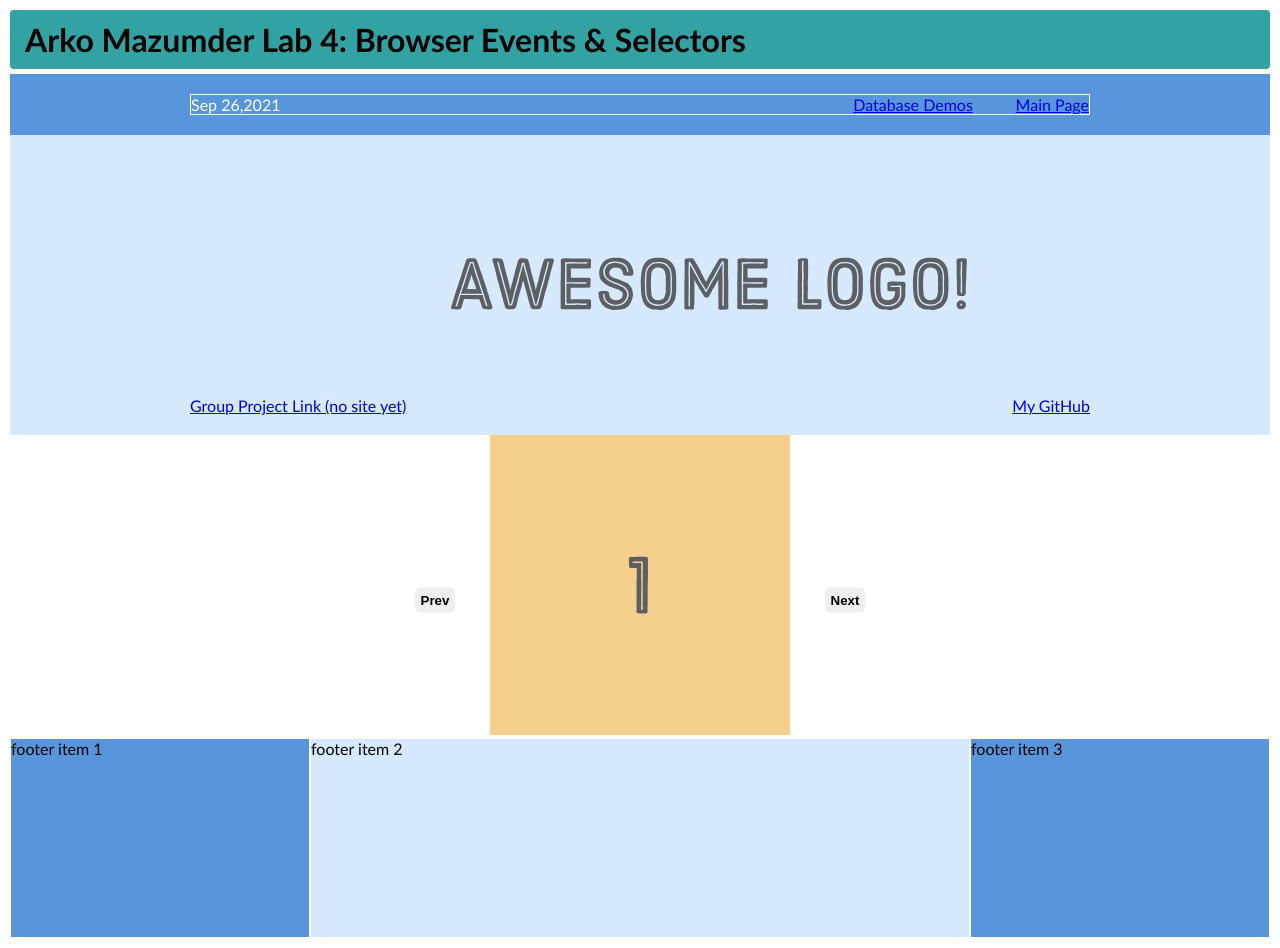
Repository: arkomz/INST377-Lab-Work
Page: client/lab_4/index.html
The author's editor kept a copy of each file at every save. The page is drawn from the files as they stood at one save, then again after the next save.
The browser window is 1280 px wide. The pictures show the whole page.

Above is the page before, as saved 2021-09-26 21:50:20.

### client/lab_4/index.html
<!DOCTYPE html>
<html lang='en'>
  <head>
    <meta charset='UTF-8'/>
    <meta name = 'viewport'
    content='width=device-width, initial-scale=1.0, maximum-scale=0.5' />
    <title>Arko Mazumder</title>
    <link rel='stylesheet' href='styles.css'/>
  </head>
  <body>

    <div class = 'wrapper'>
    <h1 class='title'> Arko Mazumder Lab 4: Browser Events & Selectors</h1>
    <div class='menu-container'>
      <div class='menu'>
        <div class='date'>Sep 26,2021</div>

        <div class='signup'> <a href = 'data.html'> Database Demos</a> </div>
        <div class='login'> <a href = 'index.html'> Main Page</a> </div>

      </div>
      </div>

      <div class='header-container'>
            <div class='header'>
            <div class='subscribe'> <a href =  "https://INST377Group4.com"> Group Project Link (no site yet)</a></div>
            <div class='logo'><img src='images/awesome-logo.svg'/></div>
            <div class='social'> <a href = "https://github.com/arkomz"> My GitHub </a> </div>
          </div>
        </div>

    <div class='photo-grid-container'>
              <div class='photo-grid'>
                <div class="carousel">
                <div class="carousel__item carousel__item--visible">
                    <img src='images/one.svg'/>
                  </div>
                <div class='carousel__item'>
                    <img src='images/two.svg'/>
                  </div>
                <div class='carousel__item'>
                    <img src='images/three.svg'/>
                  </div>
                <div class='carousel__item'>
                  <img src='images/four.svg'/>
                </div>
                <div class='carousel__item'>
                  <img src='images/five.svg'/>

                </div>
              </div>
            </div>


    <div class="carousel__actions">
        <button id="carousel__button--prev" aria-label="Previous slide">Prev</button>
        <button id="carousel__button--next" aria-label="Next slide">Next</button>
        </div>
    </div>



            <div class='footer'>
            <div class='footer-item Footer One footer-one'> footer item 1</div>
            <div class='footer-item footer-two'> footer item 2</div>
            <div class='footer-item footer-three'> footer item 3</div>
          </div>

    </div>
  </body>
  <script src= "script.js"></script>

### client/lab_4/styles.css
* {
    margin: 0;
    padding: 0;
    box-sizing: border-box;
  }

  .wrapper {
    display:flex;
    flex-direction: column;
    font-family: ‘Segoe UI’, Candara, ‘Bitstream Vera Sans’, ‘DejaVu Sans’, ‘Bitsream Vera Sans’, ‘Trebuchet MS’, Verdana, ‘Verdana Ref’, sans-serif;
    margin:10px;
  }


  .title{
    display: inline-block;
    background-color: rgba(0,139, 139,0.8);
    border-radius: 4px;
    padding: 10px 15px;
    margin: 0;
    margin-bottom: 5px;
  }

  .menu-container {
    color: #fff;
    background-color: #5995DA;  /* Blue */
    padding: 20px 0;
    display: flex;
    justify-content: center;
  }

  .menu {
    border: 1px solid #fff;
    width: 900px;
    display: flex;
    justify-content: space-between;
  }

  .links {
    border: 1px solid #fff;  /* For debugging */
    display: flex;
    justify-content: flex-end;
  }

  .login {
    margin-left: 20px;
  }

  .header-container {
    color: #5995DA;
    background-color: #D6E9FE;
    display: flex;
    justify-content: center;
  }

  .header {
    width: 900px;
    height: 300px;
    display: flex;
    justify-content: space-between;
    align-items: center;
  }

  .photo-grid-container {
    display: flex;
    justify-content: center;
  }

  .photo-grid {
    width: 900px;
    display: flex;
    justify-content: center;
    flex-wrap: wrap;
    flex-direction: row;
    align-items: center;
  }

  .photo-grid-item {
    border: 1px solid #fff;
    width: 300px;
    height: 300px;
  }

  .first-item {
    order: 1;
  }

  .last-item {
    order: -1;
  }

  .social,
  .subscribe {
    align-self: flex-end;
    margin-bottom: 20px;
    }

    .footer {
        display: flex;
        justify-content: space-between;
      }

  .footer-item {
    border: 1px solid #fff;
    background-color: #D6E9FE;
    height: 200px;
    flex: 1;
  }

  .footer-three {
    flex: 2;
  }

  .footer-one,
  .footer-three {
    background-color: #5995DA;
    flex: initial;
    width: 300px;
  }

  .signup {
    margin-left: 550px;
  }

  .carousel {
    overflow: hidden;
    max-width: 600px;
    position: relative;
  }

  .carousel .carousel__item,
  .carousel .carousel__item--hidden {
    display: none;
  }

  .carousel .carousel__item img {
    width: 100%;
    max-width: 600px;
    height: auto;
  }

  .carousel .carousel__item--visible {
    display: block;
    animation: fadeVisibility 0.5s;
  }

  .carousel__actions {
    display: flex;
    width: 450px;
    justify-content: space-between;
    position: absolute;
    top: 600px;
    transform: translateY(-50%);
  }

  .carousel__actions button {
    border-radius: 5px;
    border: 0;
    font-weight: bold;
    cursor: pointer;
    width: 40px;
    height: 25px;
  }

  .carousel .carousel__actions button#carousel__button--prev {
    margin-left: 20px;
  }

  .carousel .carousel__actions button#carousel__button--next {
    margin-right: 20px;
  }

  @keyframes fadeVisibility {
    0% {
      opacity: 0;
    }
    100% {
      opacity: 1;
      transform: opacity linear;
    }
  }

### client/lab_4/script.js
let slidePosition = 0;
const slides = document.getElementsByClassName('carousel__item');
const totalSlides = slides.length;

document.
  getElementById('carousel__button--next')
  .addEventListener("click", function() {
    moveToNextSlide();
  });
document.
  getElementById('carousel__button--prev')
  .addEventListener("click", function() {
    moveToPrevSlide();
  });

function updateSlidePosition() {
  for (let slide of slides) {
    slide.classList.remove('carousel__item--visible');
    slide.classList.add('carousel__item--hidden');
  }

  slides[slidePosition].classList.add('carousel__item--visible');
}

function moveToNextSlide() {
  if (slidePosition === totalSlides - 1) {
    slidePosition = 0;
  } else {
    slidePosition++;
  }

  updateSlidePosition();
}

function moveToPrevSlide() {
  if (slidePosition === 0) {
    slidePosition = totalSlides - 1;
  } else {
    slidePosition--;
  }

  updateSlidePosition();
}

After the next save:
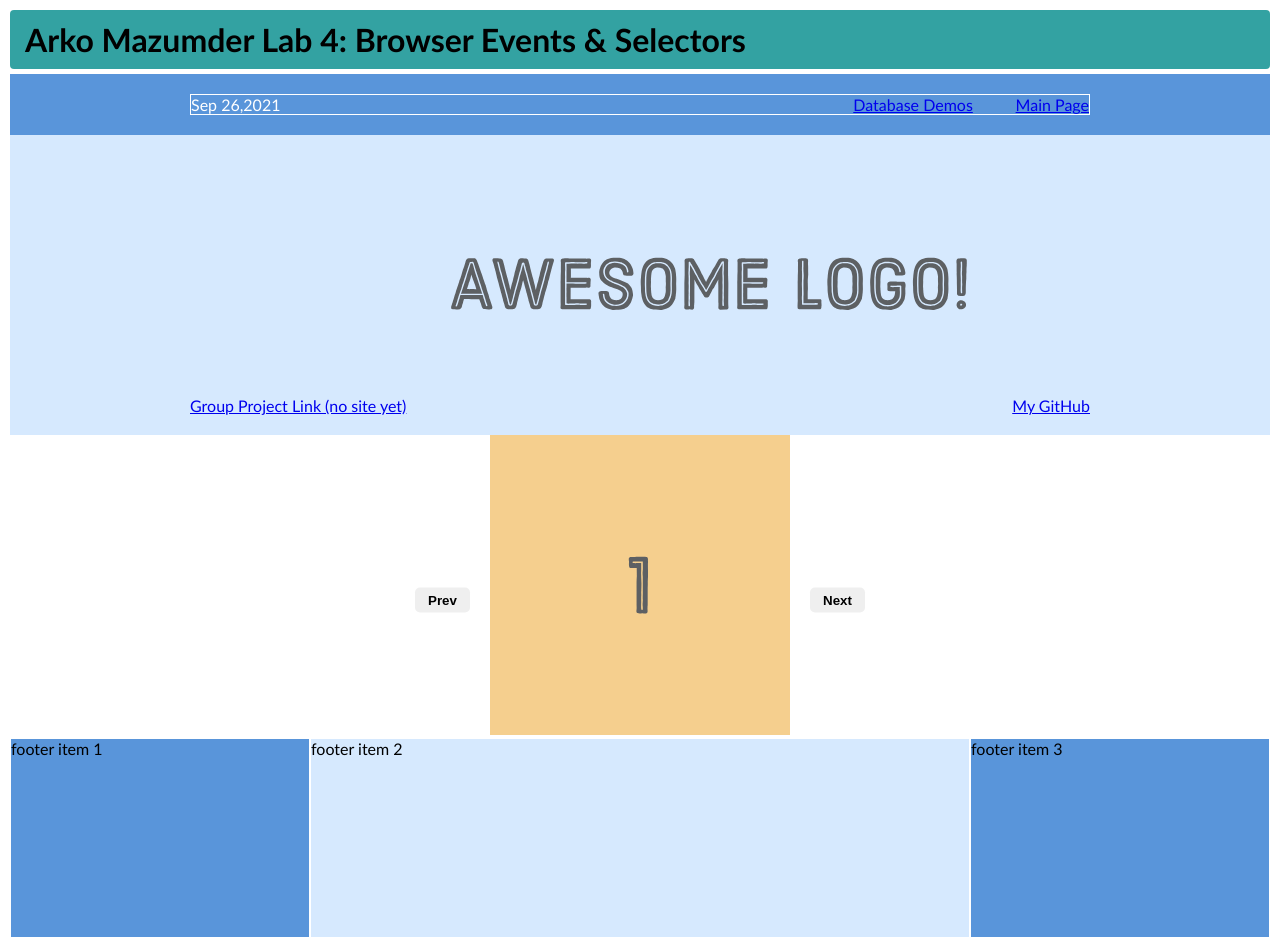
Saved 17 s later.
--- a/client/lab_4/styles.css
+++ b/client/lab_4/styles.css
@@ -158,7 +158,7 @@
     border: 0;
     font-weight: bold;
     cursor: pointer;
-    width: 40px;
+    width: 55px;
     height: 25px;
   }
 
